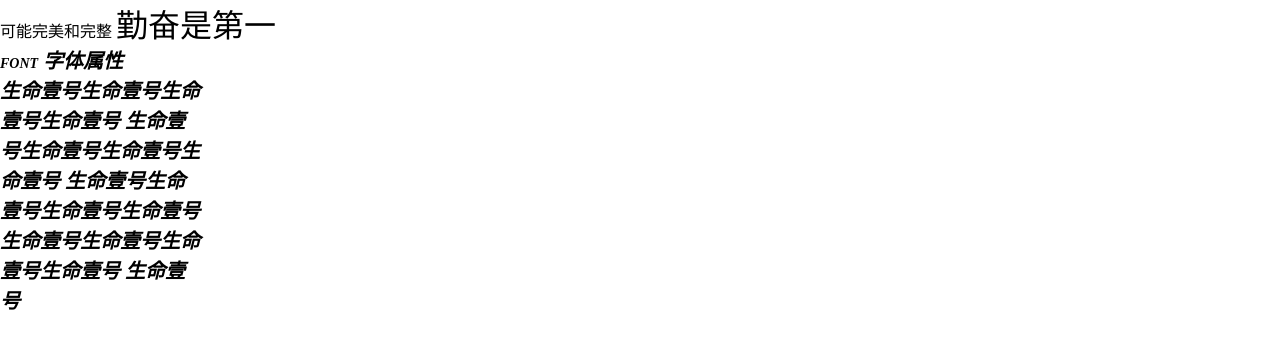
Repository: yuquan1006/-
Page: 02_css/demo.html
These files come from the project's save history. The page is drawn as it stood at one moment and after the next save; the edit follows.
The browser window is 1280 px wide. The pictures show the whole page.

Above is the page before, as saved 2023-06-26 10:48:15.

### 02_css/demo.html
<!DOCTYPE html>
<html lang="en">
<head>
    <meta charset="UTF-8">
    <meta name="viewport" content="width=device-width, initial-scale=1.0">
    <title>Document</title>
    <style type="text/css">
        /* 相对单位 */
        label{
            font-size: 200%; /* 文字大小是周围文字大小的两倍 */
        }

        /* font 字体属性  CSS中，有很多非布局样式（与布局无关），包括：字体、行高、颜色、大小、背景、边框、滚动、换行、装饰性属性（粗体、斜体、下划线）等。 这一段，我们先来讲一下字体属性*/
        p{
            font-size: 20px; 		/*字体大小*/
            line-height: 30px;      /*行高*/
            font-family: 幼圆,黑体; 	/*字体类型：如果没有幼圆就显示黑体，没有黑体就显示默认*/
            font-style: italic ;		/*italic表示斜体，normal表示不倾斜*/
            font-weight: bold;	/*粗体*/
            font-variant: small-caps;  /*小写变大写*/
        }

        /* 行高*/
        *{
            margin: 0px;
            padding: 0px;
        }
        p{
            width: 200px;
            line-height: 30px;
        }


    </style>
</head>
<body>
    <div>
        可能完美和完整
        <label>勤奋是第一</label>
    </div>

    <div>
        <p>font 字体属性</p>
    </div>

    <div>
        <p>生命壹号生命壹号生命壹号生命壹号
            生命壹号生命壹号生命壹号生命壹号
            生命壹号生命壹号生命壹号生命壹号
            生命壹号生命壹号生命壹号生命壹号
            生命壹号
        </p>
    </div>

    <!-- 字体属性-->

</body>
</html>

After the next save:
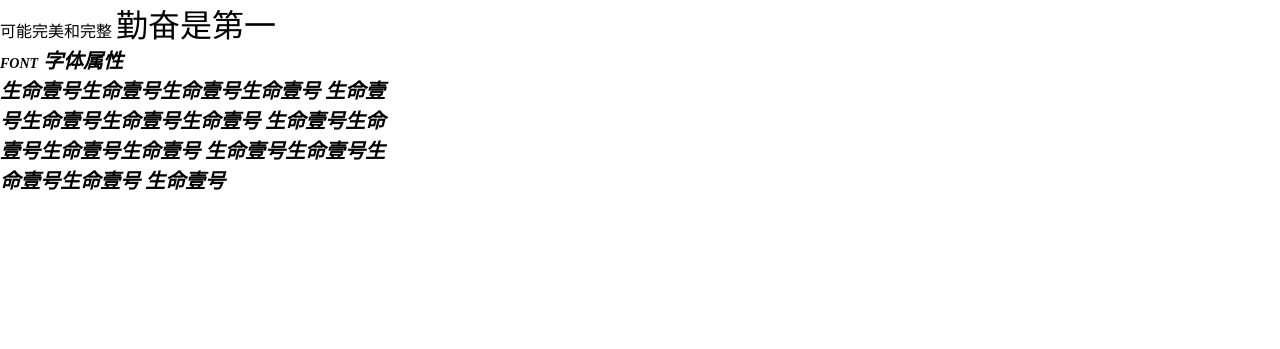
Saved 16 s later.
--- a/02_css/demo.html
+++ b/02_css/demo.html
@@ -26,7 +26,7 @@
             padding: 0px;
         }
         p{
-            width: 200px;
+            width: 400px;
             line-height: 30px;
         }
 
